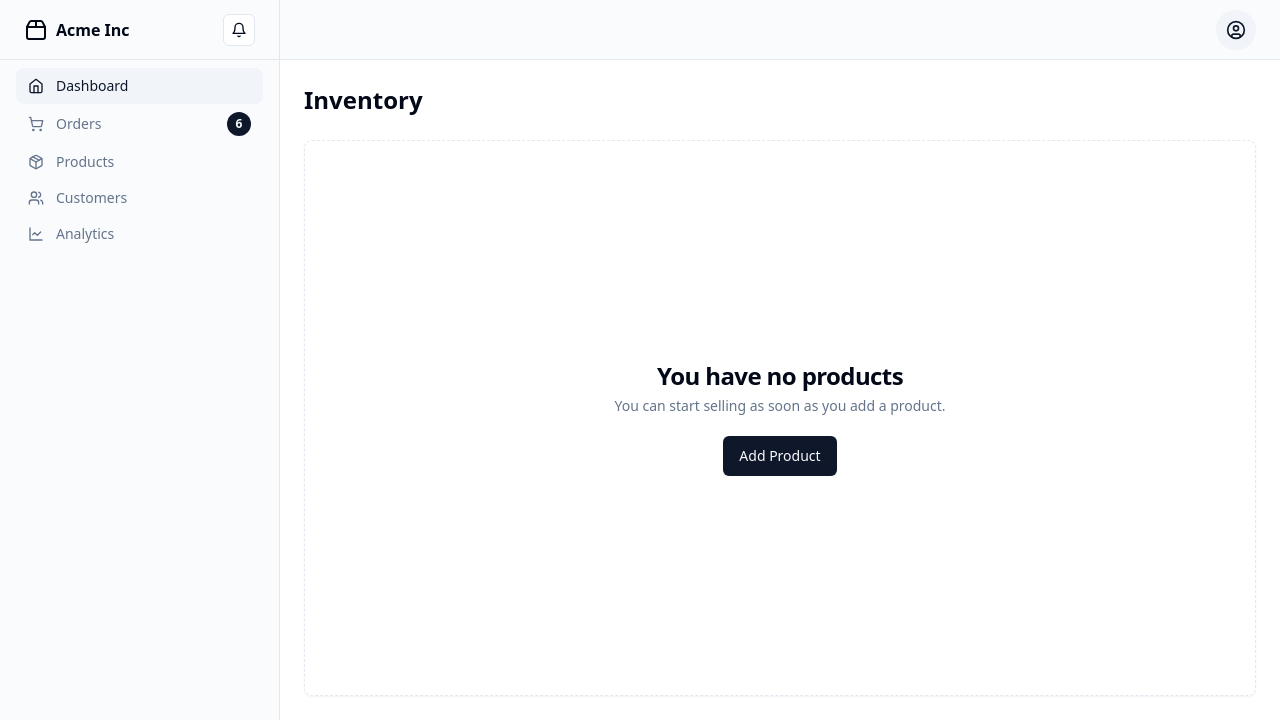
Repository: ifeanyidavid/yabta
Page: /dashboard (app in frontend/)
The author's editor kept a copy of each file at every save. The page is drawn from the files as they stood at one save, then again after the next save.
The browser window is 1280 px wide. The pictures show the whole page.
The project was rebuilt for these pictures with package versions that can differ from the ones it lists, and the page was loaded fresh each time. Also part of the build but not shown: frontend/vite.config.ts, frontend/src/components/ui/card.tsx, frontend/src/components/ui/label.tsx, frontend/src/components/ui/input.tsx, frontend/src/components/auth/login-form.tsx, frontend/src/pages/Login/index.tsx, frontend/src/routes/root.tsx, frontend/src/routes/error-page.tsx and 6 more.

Above is the page before, as saved 2024-07-13 04:03:03.

### frontend/src/main.tsx
import React from "react";
import ReactDOM from "react-dom/client";
import { createBrowserRouter, RouterProvider } from "react-router-dom";
import "@/styles/global.css";
import Root from "@/routes/root";
import ErrorPage from "@/routes/error-page";
import { Dashboard as DashboardRoute } from "@/routes/dashboard";
import { Register as RegisterRoute } from "@/routes/register";
import { ForgotPassword as ForgotPasswordRoute } from "@/routes/forgot-password";

const router = createBrowserRouter([
  {
    path: "/",
    element: <Root />,
    errorElement: <ErrorPage />,
  },
  {
    path: "/register",
    element: <RegisterRoute />,
    errorElement: <ErrorPage />,
  },
  {
    path: "/forgot-password",
    element: <ForgotPasswordRoute />,
    errorElement: <ErrorPage />,
  },
  {
    path: "/dashboard",
    element: <DashboardRoute />,
    errorElement: <ErrorPage />,
  },
]);

ReactDOM.createRoot(document.getElementById("root")!).render(
  <React.StrictMode>
    <RouterProvider router={router} />
  </React.StrictMode>
);

### frontend/src/styles/global.css
@tailwind base;
  @tailwind components;
  @tailwind utilities;

  @layer base {
    :root {
      --background: 0 0% 100%;
      --foreground: 222.2 84% 4.9%;
      --card: 0 0% 100%;
      --card-foreground: 222.2 84% 4.9%;
      --popover: 0 0% 100%;
      --popover-foreground: 222.2 84% 4.9%;
      --primary: 222.2 47.4% 11.2%;
      --primary-foreground: 210 40% 98%;
      --secondary: 210 40% 96.1%;
      --secondary-foreground: 222.2 47.4% 11.2%;
      --muted: 210 40% 96.1%;
      --muted-foreground: 215.4 16.3% 46.9%;
      --accent: 210 40% 96.1%;
      --accent-foreground: 222.2 47.4% 11.2%;
      --destructive: 0 84.2% 60.2%;
      --destructive-foreground: 210 40% 98%;
      --border: 214.3 31.8% 91.4%;
      --input: 214.3 31.8% 91.4%;
      --ring: 222.2 84% 4.9%;
      --radius: 0.5rem;
      --chart-1: 12 76% 61%;
      --chart-2: 173 58% 39%;
      --chart-3: 197 37% 24%;
      --chart-4: 43 74% 66%;
      --chart-5: 27 87% 67%;
    }

    .dark {
      --background: 222.2 84% 4.9%;
      --foreground: 210 40% 98%;
      --card: 222.2 84% 4.9%;
      --card-foreground: 210 40% 98%;
      --popover: 222.2 84% 4.9%;
      --popover-foreground: 210 40% 98%;
      --primary: 210 40% 98%;
      --primary-foreground: 222.2 47.4% 11.2%;
      --secondary: 217.2 32.6% 17.5%;
      --secondary-foreground: 210 40% 98%;
      --muted: 217.2 32.6% 17.5%;
      --muted-foreground: 215 20.2% 65.1%;
      --accent: 217.2 32.6% 17.5%;
      --accent-foreground: 210 40% 98%;
      --destructive: 0 62.8% 30.6%;
      --destructive-foreground: 210 40% 98%;
      --border: 217.2 32.6% 17.5%;
      --input: 217.2 32.6% 17.5%;
      --ring: 212.7 26.8% 83.9%;
      --chart-1: 220 70% 50%;
      --chart-2: 160 60% 45%;
      --chart-3: 30 80% 55%;
      --chart-4: 280 65% 60%;
      --chart-5: 340 75% 55%;
    }
  }

  @layer base {
    * {
      @apply border-border;
    }
    body {
      @apply bg-background text-foreground;
    }
  }

### frontend/src/routes/dashboard.tsx
import React from "react";
import { Dashboard as DashboardPage } from "@/pages/Dashboard";

export const Dashboard: React.FC = () => {
  return <DashboardPage />;
};

### frontend/src/pages/Dashboard/index.tsx
import { NavLink, navigate, useNavigate } from "react-router-dom";
import { Button } from "@/components/ui/button";
import { Badge } from "@/components/ui/badge";
import {
  Card,
  CardHeader,
  CardTitle,
  CardDescription,
  CardContent,
} from "@/components/ui/card";
import { Sheet, SheetTrigger, SheetContent } from "@/components/ui/sheet";
import { Input } from "@/components/ui/input";
import {
  DropdownMenu,
  DropdownMenuTrigger,
  DropdownMenuContent,
  DropdownMenuLabel,
  DropdownMenuSeparator,
  DropdownMenuItem,
} from "@/components/ui/dropdown-menu";

const Sidebar: React.FC = () => {
  return (
    <div className="flex h-full max-h-screen flex-col gap-2">
      <div className="flex h-14 items-center border-b px-4 lg:h-[60px] lg:px-6">
        <NavLink to="#" className="flex items-center gap-2 font-semibold">
          <Package2Icon className="h-6 w-6" />
          <span className="">Acme Inc</span>
        </NavLink>
        <Button variant="outline" size="icon" className="ml-auto h-8 w-8">
          <BellIcon className="h-4 w-4" />
          <span className="sr-only">Toggle notifications</span>
        </Button>
      </div>
      <div className="flex-1">
        <nav className="grid items-start px-2 text-sm font-medium lg:px-4">
          <NavLink
            to="#"
            className="flex items-center gap-3 rounded-lg bg-muted px-3 py-2 text-primary transition-all hover:text-primary"
          >
            <HomeIcon className="h-4 w-4" />
            Dashboard
          </NavLink>
          <NavLink
            to="#"
            className="flex items-center gap-3 rounded-lg px-3 py-2 text-muted-foreground transition-all hover:text-primary"
          >
            <ShoppingCartIcon className="h-4 w-4" />
            Orders
            <Badge className="ml-auto flex h-6 w-6 shrink-0 items-center justify-center rounded-full">
              6
            </Badge>
          </NavLink>
          <NavLink
            to="#"
            className="flex items-center gap-3 rounded-lg px-3 py-2 text-muted-foreground transition-all hover:text-primary"
          >
            <PackageIcon className="h-4 w-4" />
            Products{" "}
          </NavLink>
          <NavLink
            to="#"
            className="flex items-center gap-3 rounded-lg px-3 py-2 text-muted-foreground transition-all hover:text-primary"
          >
            <UsersIcon className="h-4 w-4" />
            Customers
          </NavLink>
          <NavLink
            to="#"
            className="flex items-center gap-3 rounded-lg px-3 py-2 text-muted-foreground transition-all hover:text-primary"
          >
            <LineChartIcon className="h-4 w-4" />
            Analytics
          </NavLink>
        </nav>
      </div>
    </div>
  );
};

const SidebarMobile: React.FC = () => {
  return (
    <Sheet>
      <SheetTrigger asChild>
        <Button variant="outline" size="icon" className="shrink-0 md:hidden">
          <MenuIcon className="h-5 w-5" />
          <span className="sr-only">Toggle navigation menu</span>
        </Button>
      </SheetTrigger>
      <SheetContent side="left" className="flex flex-col">
        <nav className="grid gap-2 text-lg font-medium">
          <NavLink
            to="#"
            className="flex items-center gap-2 text-lg font-semibold"
          >
            <Package2Icon className="h-6 w-6" />
            <span className="sr-only">Acme Inc</span>
          </NavLink>
          <NavLink
            to="#"
            className="mx-[-0.65rem] flex items-center gap-4 rounded-xl px-3 py-2 text-muted-foreground hover:text-foreground"
          >
            <HomeIcon className="h-5 w-5" />
            Dashboard
          </NavLink>
          <NavLink
            to="#"
            className="mx-[-0.65rem] flex items-center gap-4 rounded-xl bg-muted px-3 py-2 text-foreground hover:text-foreground"
          >
            <ShoppingCartIcon className="h-5 w-5" />
            Orders
            <Badge className="ml-auto flex h-6 w-6 shrink-0 items-center justify-center rounded-full">
              6
            </Badge>
          </NavLink>
          <NavLink
            to="#"
            className="mx-[-0.65rem] flex items-center gap-4 rounded-xl px-3 py-2 text-muted-foreground hover:text-foreground"
          >
            <PackageIcon className="h-5 w-5" />
            Products
          </NavLink>
          <NavLink
            to="#"
            className="mx-[-0.65rem] flex items-center gap-4 rounded-xl px-3 py-2 text-muted-foreground hover:text-foreground"
          >
            <UsersIcon className="h-5 w-5" />
            Customers
          </NavLink>
          <NavLink
            to="#"
            className="mx-[-0.65rem] flex items-center gap-4 rounded-xl px-3 py-2 text-muted-foreground hover:text-foreground"
          >
            <LineChartIcon className="h-5 w-5" />
            Analytics
          </NavLink>
        </nav>
        <div className="mt-auto">
          <Card>
            <CardHeader>
              <CardTitle>Upgrade to Pro</CardTitle>
              <CardDescription>
                Unlock all features and get unlimited access to our support
                team.
              </CardDescription>
            </CardHeader>
            <CardContent>
              <Button size="sm" className="w-full">
                Upgrade
              </Button>
            </CardContent>
          </Card>
        </div>
      </SheetContent>
    </Sheet>
  );
};

export const Dashboard: React.FC = () => {
  const navigate = useNavigate();
  return (
    <div className="grid min-h-screen w-full md:grid-cols-[220px_1fr] lg:grid-cols-[280px_1fr]">
      <div className="hidden border-r bg-muted/40 md:block">
        <Sidebar />
      </div>
      <div className="flex flex-col">
        <header className="flex h-14 items-center gap-4 border-b bg-muted/40 px-4 lg:h-[60px] lg:px-6">
          <SidebarMobile />
          <div className="w-full flex justify-end">
            <DropdownMenu>
              <DropdownMenuTrigger asChild>
                <Button
                  variant="secondary"
                  size="icon"
                  className="rounded-full"
                >
                  <CircleUserIcon className="h-5 w-5" />
                  <span className="sr-only">Toggle user menu</span>
                </Button>
              </DropdownMenuTrigger>
              <DropdownMenuContent align="end">
                <DropdownMenuLabel>My Account</DropdownMenuLabel>
                <DropdownMenuSeparator />
                <DropdownMenuItem>Settings</DropdownMenuItem>
                <DropdownMenuItem>Support</DropdownMenuItem>
                <DropdownMenuSeparator />
                <DropdownMenuItem onSelect={() => navigate("/")}>
                  Logout
                </DropdownMenuItem>
              </DropdownMenuContent>
            </DropdownMenu>
          </div>
        </header>
        <main className="flex flex-1 flex-col gap-4 p-4 lg:gap-6 lg:p-6">
          <div className="flex items-center">
            <h1 className="text-lg font-semibold md:text-2xl">Inventory</h1>
          </div>
          <div
            className="flex flex-1 items-center justify-center rounded-lg border border-dashed shadow-sm"
            x-chunk="dashboard-02-chunk-1"
          >
            <div className="flex flex-col items-center gap-1 text-center">
              <h3 className="text-2xl font-bold tracking-tight">
                You have no products
              </h3>
              <p className="text-sm text-muted-foreground">
                You can start selling as soon as you add a product.
              </p>
              <Button className="mt-4">Add Product</Button>
            </div>
          </div>
        </main>
      </div>
    </div>
  );
};

function BellIcon(props) {
  return (
    <svg
      {...props}
      xmlns="http://www.w3.org/2000/svg"
      width="24"
      height="24"
      viewBox="0 0 24 24"
      fill="none"
      stroke="currentColor"
      strokeWidth="2"
      strokeLinecap="round"
      strokeLinejoin="round"
    >
      <path d="M6 8a6 6 0 0 1 12 0c0 7 3 9 3 9H3s3-2 3-9" />
      <path d="M10.3 21a1.94 1.94 0 0 0 3.4 0" />
    </svg>
  );
}

function CircleUserIcon(props) {
  return (
    <svg
      {...props}
      xmlns="http://www.w3.org/2000/svg"
      width="24"
      height="24"
      viewBox="0 0 24 24"
      fill="none"
      stroke="currentColor"
      strokeWidth="2"
      strokeLinecap="round"
      strokeLinejoin="round"
    >
      <circle cx="12" cy="12" r="10" />
      <circle cx="12" cy="10" r="3" />
      <path d="M7 20.662V19a2 2 0 0 1 2-2h6a2 2 0 0 1 2 2v1.662" />
    </svg>
  );
}

function HomeIcon(props) {
  return (
    <svg
      {...props}
      xmlns="http://www.w3.org/2000/svg"
      width="24"
      height="24"
      viewBox="0 0 24 24"
      fill="none"
      stroke="currentColor"
      strokeWidth="2"
      strokeLinecap="round"
      strokeLinejoin="round"
    >
      <path d="m3 9 9-7 9 7v11a2 2 0 0 1-2 2H5a2 2 0 0 1-2-2z" />
      <polyline points="9 22 9 12 15 12 15 22" />
    </svg>
  );
}

function LineChartIcon(props) {
  return (
    <svg
      {...props}
      xmlns="http://www.w3.org/2000/svg"
      width="24"
      height="24"
      viewBox="0 0 24 24"
      fill="none"
      stroke="currentColor"
      strokeWidth="2"
      strokeLinecap="round"
      strokeLinejoin="round"
    >
      <path d="M3 3v18h18" />
      <path d="m19 9-5 5-4-4-3 3" />
    </svg>
  );
}

function MenuIcon(props) {
  return (
    <svg
      {...props}
      xmlns="http://www.w3.org/2000/svg"
      width="24"
      height="24"
      viewBox="0 0 24 24"
      fill="none"
      stroke="currentColor"
      strokeWidth="2"
      strokeLinecap="round"
      strokeLinejoin="round"
    >
      <line x1="4" x2="20" y1="12" y2="12" />
      <line x1="4" x2="20" y1="6" y2="6" />
      <line x1="4" x2="20" y1="18" y2="18" />
    </svg>
  );
}

function Package2Icon(props) {
  return (
    <svg
      {...props}
      xmlns="http://www.w3.org/2000/svg"
      width="24"
      height="24"
      viewBox="0 0 24 24"
      fill="none"
      stroke="currentColor"
      strokeWidth="2"
      strokeLinecap="round"
      strokeLinejoin="round"
    >
      <path d="M3 9h18v10a2 2 0 0 1-2 2H5a2 2 0 0 1-2-2V9Z" />
      <path d="m3 9 2.45-4.9A2 2 0 0 1 7.24 3h9.52a2 2 0 0 1 1.8 1.1L21 9" />
      <path d="M12 3v6" />
    </svg>
  );
}

function PackageIcon(props) {
  return (
    <svg
      {...props}
      xmlns="http://www.w3.org/2000/svg"
      width="24"
      height="24"
      viewBox="0 0 24 24"
      fill="none"
      stroke="currentColor"
      strokeWidth="2"
      strokeLinecap="round"
      strokeLinejoin="round"
    >
      <path d="m7.5 4.27 9 5.15" />
      <path d="M21 8a2 2 0 0 0-1-1.73l-7-4a2 2 0 0 0-2 0l-7 4A2 2 0 0 0 3 8v8a2 2 0 0 0 1 1.73l7 4a2 2 0 0 0 2 0l7-4A2 2 0 0 0 21 16Z" />
      <path d="m3.3 7 8.7 5 8.7-5" />
      <path d="M12 22V12" />
    </svg>
  );
}

function SearchIcon(props) {
  return (
    <svg
      {...props}
      xmlns="http://www.w3.org/2000/svg"
      width="24"
      height="24"
      viewBox="0 0 24 24"
      fill="none"
      stroke="currentColor"
      strokeWidth="2"
      strokeLinecap="round"
      strokeLinejoin="round"
    >
      <circle cx="11" cy="11" r="8" />
      <path d="m21 21-4.3-4.3" />
    </svg>
  );
}

function ShoppingCartIcon(props) {
  return (
    <svg
      {...props}
      xmlns="http://www.w3.org/2000/svg"
      width="24"
      height="24"
      viewBox="0 0 24 24"
      fill="none"
      stroke="currentColor"
      strokeWidth="2"
      strokeLinecap="round"
      strokeLinejoin="round"
    >
      <circle cx="8" cy="21" r="1" />
      <circle cx="19" cy="21" r="1" />
      <path d="M2.05 2.05h2l2.66 12.42a2 2 0 0 0 2 1.58h9.78a2 2 0 0 0 1.95-1.57l1.65-7.43H5.12" />
    </svg>
  );
}

function UsersIcon(props) {
  return (
    <svg
      {...props}
      xmlns="http://www.w3.org/2000/svg"
      width="24"
      height="24"
      viewBox="0 0 24 24"
      fill="none"
      stroke="currentColor"
      strokeWidth="2"
      strokeLinecap="round"
      strokeLinejoin="round"
    >
      <path d="M16 21v-2a4 4 0 0 0-4-4H6a4 4 0 0 0-4 4v2" />
      <circle cx="9" cy="7" r="4" />
      <path d="M22 21v-2a4 4 0 0 0-3-3.87" />
      <path d="M16 3.13a4 4 0 0 1 0 7.75" />
    </svg>
  );
}

function XIcon(props) {
  return (
    <svg
      {...props}
      xmlns="http://www.w3.org/2000/svg"
      width="24"
      height="24"
      viewBox="0 0 24 24"
      fill="none"
      stroke="currentColor"
      strokeWidth="2"
      strokeLinecap="round"
      strokeLinejoin="round"
    >
      <path d="M18 6 6 18" />
      <path d="m6 6 12 12" />
    </svg>
  );
}

### frontend/src/components/ui/button.tsx
import * as React from "react"
import { Slot } from "@radix-ui/react-slot"
import { cva, type VariantProps } from "class-variance-authority"

import { cn } from "@/lib/utils"

const buttonVariants = cva(
  "inline-flex items-center justify-center whitespace-nowrap rounded-md text-sm font-medium ring-offset-background transition-colors focus-visible:outline-none focus-visible:ring-2 focus-visible:ring-ring focus-visible:ring-offset-2 disabled:pointer-events-none disabled:opacity-50",
  {
    variants: {
      variant: {
        default: "bg-primary text-primary-foreground hover:bg-primary/90",
        destructive:
          "bg-destructive text-destructive-foreground hover:bg-destructive/90",
        outline:
          "border border-input bg-background hover:bg-accent hover:text-accent-foreground",
        secondary:
          "bg-secondary text-secondary-foreground hover:bg-secondary/80",
        ghost: "hover:bg-accent hover:text-accent-foreground",
        link: "text-primary underline-offset-4 hover:underline",
      },
      size: {
        default: "h-10 px-4 py-2",
        sm: "h-9 rounded-md px-3",
        lg: "h-11 rounded-md px-8",
        icon: "h-10 w-10",
      },
    },
    defaultVariants: {
      variant: "default",
      size: "default",
    },
  }
)

export interface ButtonProps
  extends React.ButtonHTMLAttributes<HTMLButtonElement>,
    VariantProps<typeof buttonVariants> {
  asChild?: boolean
}

const Button = React.forwardRef<HTMLButtonElement, ButtonProps>(
  ({ className, variant, size, asChild = false, ...props }, ref) => {
    const Comp = asChild ? Slot : "button"
    return (
      <Comp
        className={cn(buttonVariants({ variant, size, className }))}
        ref={ref}
        {...props}
      />
    )
  }
)
Button.displayName = "Button"

export { Button, buttonVariants }

### frontend/src/components/ui/badge.tsx
import * as React from "react"
import { cva, type VariantProps } from "class-variance-authority"

import { cn } from "@/lib/utils"

const badgeVariants = cva(
  "inline-flex items-center rounded-full border px-2.5 py-0.5 text-xs font-semibold transition-colors focus:outline-none focus:ring-2 focus:ring-ring focus:ring-offset-2",
  {
    variants: {
      variant: {
        default:
          "border-transparent bg-primary text-primary-foreground hover:bg-primary/80",
        secondary:
          "border-transparent bg-secondary text-secondary-foreground hover:bg-secondary/80",
        destructive:
          "border-transparent bg-destructive text-destructive-foreground hover:bg-destructive/80",
        outline: "text-foreground",
      },
    },
    defaultVariants: {
      variant: "default",
    },
  }
)

export interface BadgeProps
  extends React.HTMLAttributes<HTMLDivElement>,
    VariantProps<typeof badgeVariants> {}

function Badge({ className, variant, ...props }: BadgeProps) {
  return (
    <div className={cn(badgeVariants({ variant }), className)} {...props} />
  )
}

export { Badge, badgeVariants }

Loaded but not shown: frontend/index.html (common file); frontend/src/lib/utils.ts (common file); frontend/tailwind.config.js (common file); frontend/src/components/ui/dropdown-menu.tsx (200 lines, source omitted); frontend/src/components/ui/sheet.tsx (140 lines, source omitted)

After the next save:
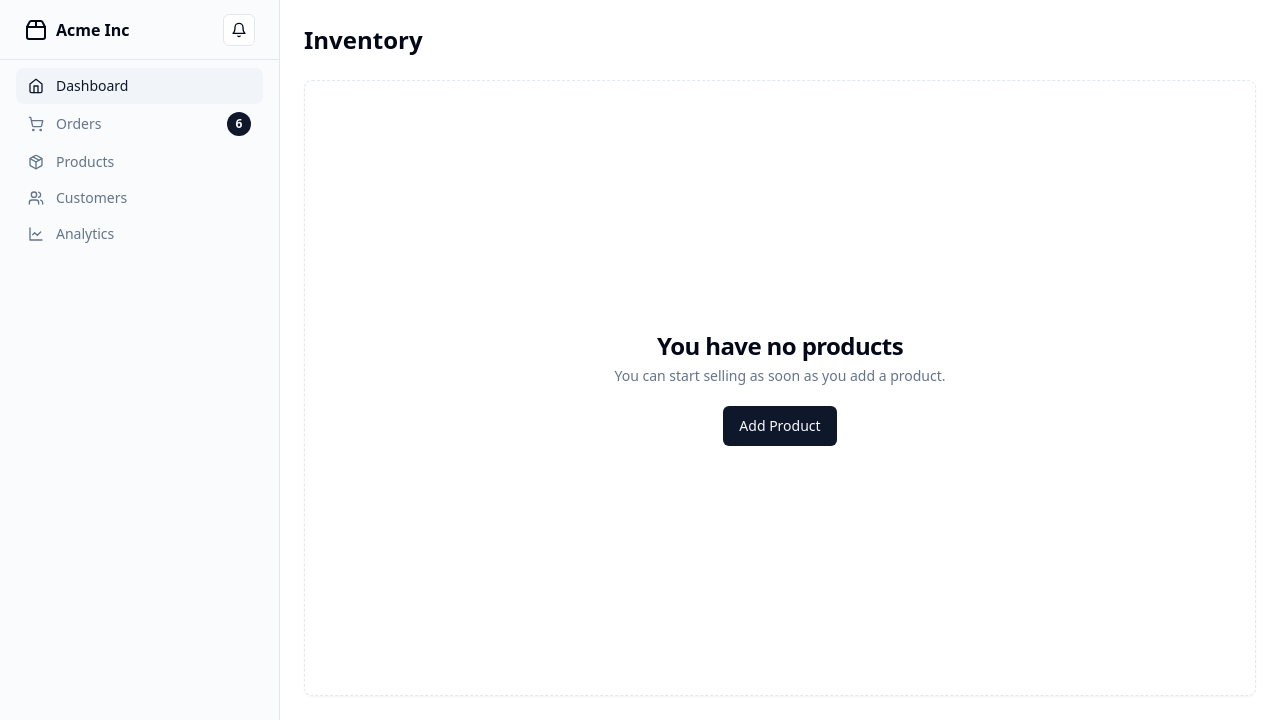
Saved 34 s later.
--- a/frontend/src/pages/Dashboard/index.tsx
+++ b/frontend/src/pages/Dashboard/index.tsx
@@ -164,33 +164,7 @@ export const Dashboard: React.FC = () => {
         <Sidebar />
       </div>
       <div className="flex flex-col">
-        <header className="flex h-14 items-center gap-4 border-b bg-muted/40 px-4 lg:h-[60px] lg:px-6">
-          <SidebarMobile />
-          <div className="w-full flex justify-end">
-            <DropdownMenu>
-              <DropdownMenuTrigger asChild>
-                <Button
-                  variant="secondary"
-                  size="icon"
-                  className="rounded-full"
-                >
-                  <CircleUserIcon className="h-5 w-5" />
-                  <span className="sr-only">Toggle user menu</span>
-                </Button>
-              </DropdownMenuTrigger>
-              <DropdownMenuContent align="end">
-                <DropdownMenuLabel>My Account</DropdownMenuLabel>
-                <DropdownMenuSeparator />
-                <DropdownMenuItem>Settings</DropdownMenuItem>
-                <DropdownMenuItem>Support</DropdownMenuItem>
-                <DropdownMenuSeparator />
-                <DropdownMenuItem onSelect={() => navigate("/")}>
-                  Logout
-                </DropdownMenuItem>
-              </DropdownMenuContent>
-            </DropdownMenu>
-          </div>
-        </header>
+
         <main className="flex flex-1 flex-col gap-4 p-4 lg:gap-6 lg:p-6">
           <div className="flex items-center">
             <h1 className="text-lg font-semibold md:text-2xl">Inventory</h1>
